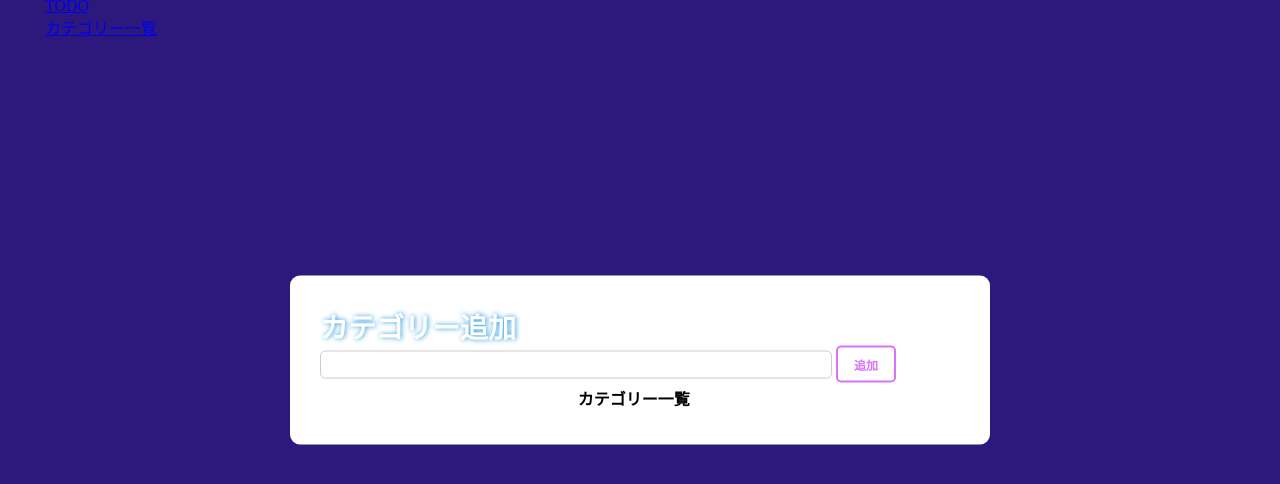
Repository: azuma2/cate
Page: http://localhost/cate
These files come from the project's save history. The page is drawn as it stood at one moment and after the next save; the edit follows.
The browser window is 1280 px wide. The pictures show the whole page.
The page is served by the project's Laravel application, run on PHP 8.4 with Laravel 8. Other server files are loaded and not shown. Queries for data that is not in the repository find no rows.

Above is the page before, as saved 2022-05-18 00:59:45.

### routes/web.php
<?php

use Illuminate\Support\Facades\Route;
use App\Http\Controllers\TodoController;
use App\Http\Controllers\CateController;


Route::get('/', [TodoController::class, 'index']);

Route::get('/cate', [CateController::class, 'index']);

Route::post('/todo/create', [TodoController::class, 'create']);
Route::post('/todo/update', [TodoController::class, 'update']);
Route::post('/todo/delete', [TodoController::class, 'remove']);
Route::post('/todo/search', [TodoController::class, 'search']);
Route::post('/cate/create', [CateController::class, 'create']);
Route::post('/cate/update', [CateController::class, 'update']);
Route::post('/cate/delete', [CateController::class, 'remove']);
Route::post('/cate/search', [CateController::class, 'search']);

### app/Http/Controllers/CateController.php
<?php

namespace App\Http\Controllers;

use App\Models\Todo;
use App\Models\Cate;
use Illuminate\Http\Request;
use Illuminate\Support\Facades\DB;

class CateController extends Controller
{
    public function index()
    {
        $items = Todo::all();
        $items = Cate::all();
        return view('cate', ['items' => $items]);
    }


    public function create(Request $request)
    {
        $param = ['content' => $request->content,];

        $this->validate($request, Cate::$rules);
        DB::insert('insert into cates (content) values (:content)', $param);
        return view('cate');
    }

    public function update(Request $request)
    {
        $param = [
            'id' => $request->id,
            'content' => $request->content,
        ];
        $cates = $this->cate->get();
        $this->validate($request, Cate::$rules);
        DB::update('update cates set content =:content where id =:id', $param);
        return redirect('/cate');
    }

    public function remove(Request $request)
    {
        $param = ['id' => $request->id];
        DB::delete('delete from cates where id =:id', $param);
        return redirect('/cate');
    }

}

### app/Models/todo.php
<?php


namespace App\Models;

use Illuminate\Database\Eloquent\Factories\HasFactory;
use Illuminate\Database\Eloquent\Model;
use App\Models\Cate;

class Todo extends Model
{
    use HasFactory;

    protected $fillable = ['cate_id', 'content'];

    public static $rules = array(
        'cate_id' => 'required',
        'content' => 'required|max:20',
    );

    public function cate(){
        return $this->belongsTo('App\Models\cate');
    }


}

### app/Models/cate.php
<?php


namespace App\Models;

use Illuminate\Database\Eloquent\Factories\HasFactory;
use Illuminate\Database\Eloquent\Model;
use App\Models\Todo;

class Cate extends Model
{
    use HasFactory;

    protected $fillable = ['content'];

    public static $rules = array(
        'content' => 'required|max:10',
    );

    public function todo(){
        return $this->belongsTo('App\Models\todo');
    }


}

### resources/views/cate.blade.php
<style>
    body {
      font-size:16px;
      margin: 5px;
      background-color: #2d197c;
    }


ul{
  list-style: none;
  margin-top: -8px;
}

    td {
      padding: 5px 10px;
      text-align: center;
    }

    .narabe{
      display:flex;
      flex-flow: column;
    }

    .button {
    text-align: left;
    border: 2px solid #dc70fa;
    font-size: 12px;
    color: #dc70fa;
    background-color: #fff;
    font-weight: bold;
    padding: 8px 16px;
    border-radius: 5px;
    cursor: pointer;
    transition: 0.4s;
    outline: none;
}
.input-add {
    width: 80%;
    padding: 5px;
    border-radius: 5px;
    border: 1px solid #ccc;
    appearance: none;
    font-size: 14px;
    outline: none;
}
.input-update {
    width: 90%;
    padding: 5px;
    border-radius: 5px;
    border: 1px solid #ccc;
    appearance: none;
    font-size: 14px;
    outline: none;
}
    .card {
    background-color: #fff;
    width: 50vw;
    padding: 30px;
    position: absolute;
    top: 50%;
    left: 50%;
    transform: translate(-50%, -50%);
    border-radius: 10px;
}
    h2 {
      font-size:28px;
      color:white;
      text-shadow:1px 0 5px #289ADC;
      margin-left: 1px;
      margin: 0;
    }
    .content {
      margin:10px;
    }
    form {

    margin: 0;
}
</style>
<body>
  <header>
    <div class="head">
      <ul>
        <li class="head1"><a href="{{ url('/') }}">TODO</a></li>
        <li class="head2"><a href="{{ url('/cate') }}">カテゴリー一覧</a></li>
      </ul>
    </div>
  </header>






  <div class="container">
    <div class="card">
      <h2 class="title">カテゴリー追加</h2>
            <div class="todo">
              @if ($errors->has('content'))
                  <tr>
                    <th>ERROR</th>
                  <td>
                  {{$errors->first('content')}}
                </td>
            </tr>
          @endif
        <form action="/cate/create" method="post">
            @csrf
          <input type="text" class="input-add" name="content">
          <input class="button" type="submit" value="追加" />
        </form>
          <div class="narabe">
        <table>
            @csrf
          <tr>
            <th></th>
            <th>カテゴリー一覧</th>
            <th></th>
            <th></th>
          </tr>

                    <tr>
            @foreach ($items as $item)

            <td>

            </td>

            <form action="/cate/update" method="post">
              @csrf
              <td>
                <input type="text" class="input-update" value="{{$item->content}}" name="content" />
              </td>
              <td>
                <input type="hidden"  name="id" value="{{$item->id}}">
                <input class="button" type="submit" value="更新" >
              </td>
            </form>
            <td>
              <form action="/cate/delete" method="post" >
                    @csrf
                <input  type="hidden" name="id" value="{{$item->id}}" >
                <input class="button" type="submit" value="削除" >
              </form>
            </td>
            </div>
          </tr>
          @endforeach
        </table>
      </div>
    </div>
  </div>
  </div>

</body>
</html>

Loaded but not shown: app/Http/Controllers/Controller.php (common file)

After the next save:
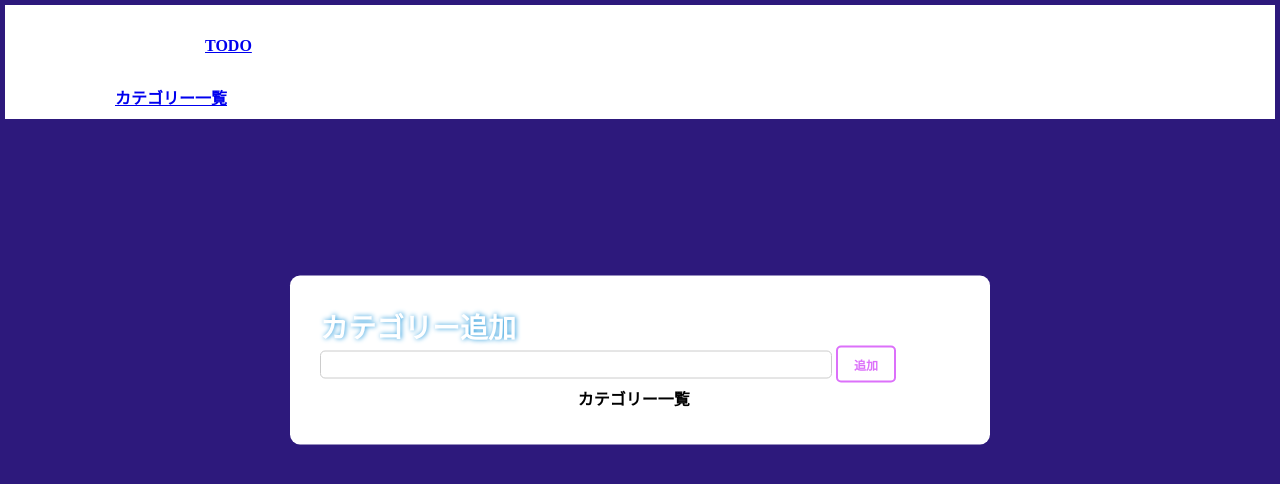
Saved 10 s later.
--- a/resources/views/cate.blade.php
+++ b/resources/views/cate.blade.php
@@ -5,6 +5,38 @@
       background-color: #2d197c;
     }
 
+
+header{
+  padding-right:50px;
+  padding-left:50px;
+  padding-top:20px;
+  left: 0;
+  top: 0;
+  background: #fff;
+
+}
+.head {
+  font-weight: bolder;
+  position: sticky;
+  bottom: 0;
+}
+
+.head0{
+    display: flex;
+    justify-content: space-between;
+}
+
+.head1{
+  padding: 10px;
+  margin: 10px;
+  margin-left:100px;
+}
+
+.head2{
+  padding: 10px;
+  margin: 10px;
+  margin-right:100px;
+}
 
 ul{
   list-style: none;
